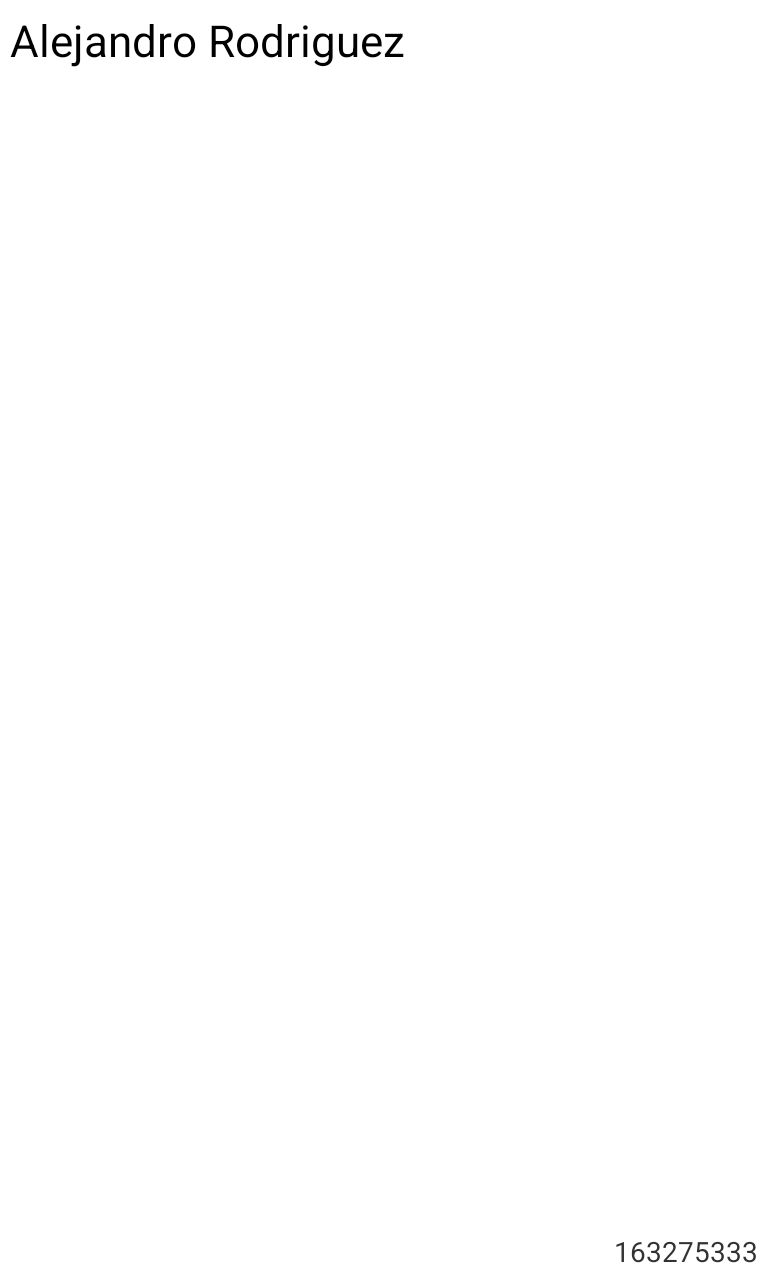
Repository: arodriguezp2003/aqandroid
Layout: BlueFlameWMS/res/layout/item_cliente.xml
An editor plug-in stored every save of this project. The layout is shown before and after the next save, followed by the edit.
It is drawn on a 768 x 1280 px phone screen (xhdpi) without system bars, with theme AppTheme; the app's code is not run.

Above is the layout before, as saved 2014-07-01 14:35:40.

After the next save:
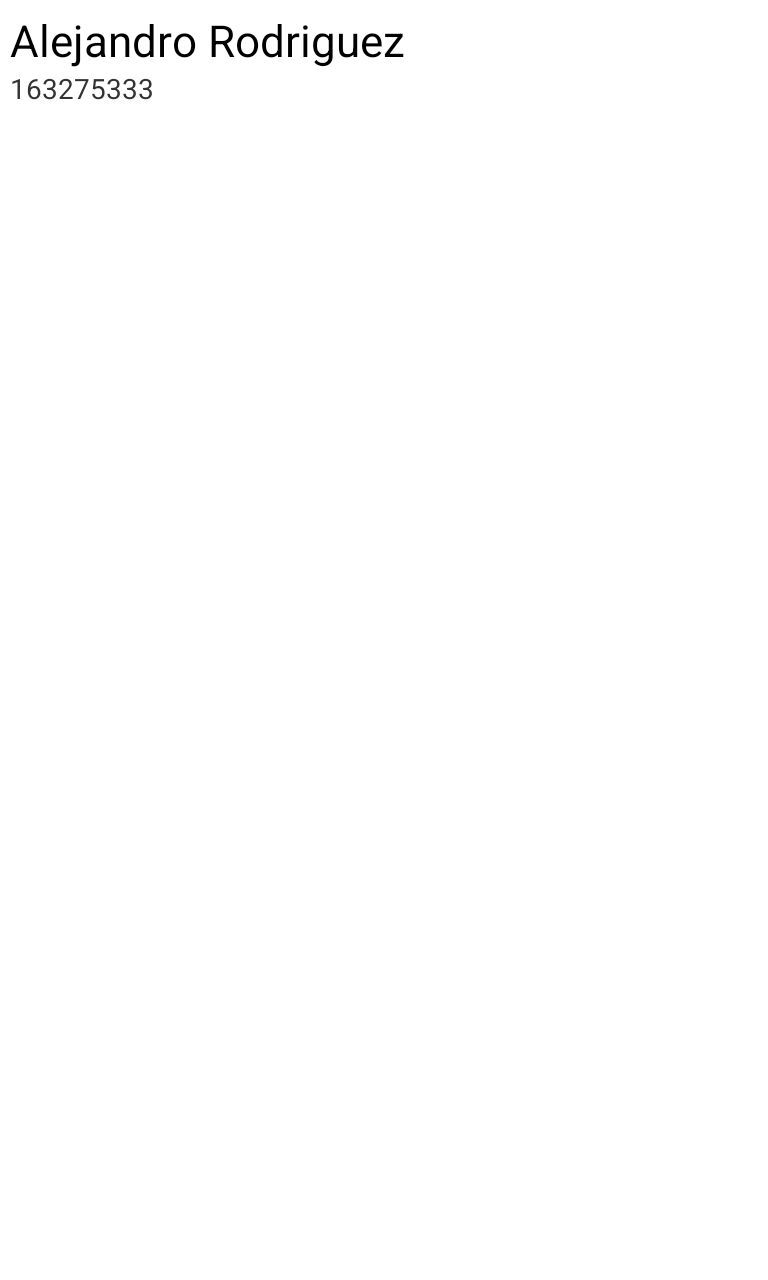
Saved 23 s later.
--- a/BlueFlameWMS/res/layout/item_cliente.xml
+++ b/BlueFlameWMS/res/layout/item_cliente.xml
@@ -14,11 +14,11 @@
         />
 
     <TextView
-  		android:id="@+id/tvRut"
+        android:id="@+id/tvRut"
+        android:layout_width="wrap_content"
         android:layout_height="wrap_content"
-        android:layout_width="wrap_content"
-        android:layout_alignParentRight="true"
-        android:layout_alignParentBottom="true"
+        android:layout_alignLeft="@+id/tvNombre"
+        android:layout_below="@+id/tvNombre"
         android:text="163275333"
         android:textAppearance="?android:attr/textAppearanceSmall" />
 
